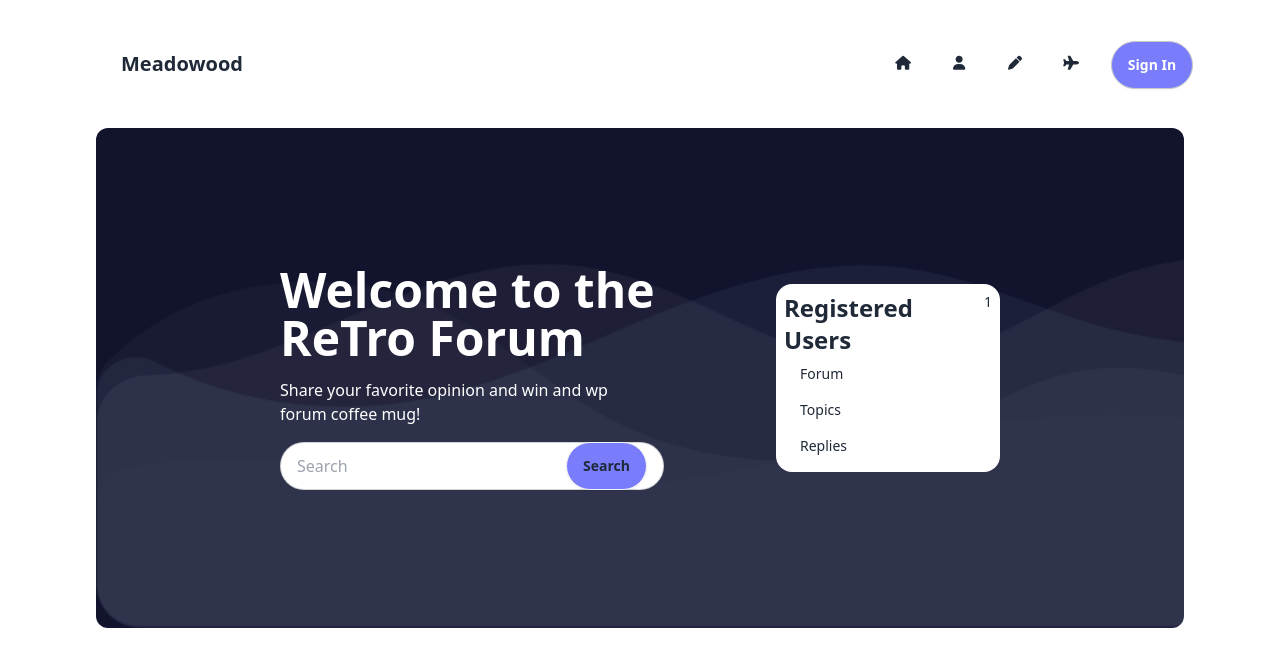
Repository: RudrasahaDibos/Meadowood-Forum
Page: index.html
An editor plug-in stored every save of this project. The page is shown before and after the next save, followed by the edit.
The browser window is 1280 px wide. The pictures show the whole page.
Some web libraries are served in a nearby version.

Above is the page before, as saved 2024-11-24 12:53:54.

### index.html
<!DOCTYPE html>
<html lang="en">
    <head>
        <meta charset="UTF-8">
        <meta name="viewport" content="width=device-width, initial-scale=1.0">
        <title>Meadowood Forum</title>

        <!-- tailwind  -->
        <link
            href="https://cdn.jsdelivr.net/npm/daisyui@4.12.14/dist/full.min.css"
            rel="stylesheet" type="text/css" />
        <script src="https://cdn.tailwindcss.com"></script>

        <!-- font awesome  -->
        <link rel="stylesheet"
            href="https://cdnjs.cloudflare.com/ajax/libs/font-awesome/6.7.1/css/all.min.css"
            integrity="sha512-5Hs3dF2AEPkpNAR7UiOHba+lRSJNeM2ECkwxUIxC1Q/FLycGTbNapWXB4tP889k5T5Ju8fs4b1P5z/iB4nMfSQ=="
            crossorigin="anonymous" referrerpolicy="no-referrer" />

    </head>
    <body class="container mx-auto lg:px-24 px-8">
        <!-- header is start here  -->
        <header class="mt-8">
            <!-- navbar is start here  -->
            <div class="navbar bg-base-100">
                <div class="flex-1">
                    <a class="btn btn-ghost text-xl">Meadowood</a>
                </div>
                <div class="flex-none">
                    <div class="dropdown dropdown-end mr-6">
                        <div  role="button"
                            class="btn btn-ghost btn-circle flex w-full  ">
                            <div class="indicator rounded-full border-1 h-8 w-8 mr-4 tooltip" data-tip="home">
                                <i class="fa-solid fa-house h-5 w-5 mx-auto mt-2"></i>
                            </div>
                            <div class="indicator rounded-full border-1 h-8 w-8 mr-4 tooltip" data-tip="User">
                                <i class="fa-solid fa-user h-5 w-5 mx-auto mt-2"></i>
                            </div>
                            <div class="indicator rounded-full border-1 h-8 w-8 mr-4 tooltip" data-tip="pen">
                                <i class="fa-solid fa-pen h-5 w-5 mx-auto mt-2"></i>
                            </div>
                            <div class="indicator rounded-full border-1 h-8 w-8 mr-4 tooltip" data-tip="flight">
                                <i class="fa-solid fa-plane h-5 w-5 mx-auto mt-2"></i>
                            </div>
                        </div>

                    </div>
                    <div class="dropdown dropdown-end">
                        <div tabindex="0" role="button"
                            class="btn btn-ghost btn-circle avatar">

                                <button class="btn btn-active bg-[#797DFC] text-white rounded-full ">Sign In</button>

                        </div>
                        <ul
                            tabindex="0"
                            class="menu menu-sm dropdown-content bg-base-100 rounded-box z-[1] mt-3 w-52 p-2 shadow">
                            <li>
                                <a class="justify-between">
                                    Profile
                                    <span class="badge">New</span>
                                </a>
                            </li>
                            <li><a>Settings</a></li>
                            <li><a>Logout</a></li>
                        </ul>
                    </div>
                </div>
            </div>
            <!-- navbar is  end here  -->

             <!-- bannner start here  -->
             <div class="lg:w-full w-[450px] relative bg-no-repeat bg-cover h-[500px] z-0 rounded-xl overflow-hidden mt-8 bg-[#12132D]" style="background-image: url('/images/bgbanner.png');">
                <div class="relative top-0 left-0 w-full h-full z-10  flex  justify-center items-center gap-28 ">

                  <div class="space-y-4">
                    <h2 class="text-5xl font-extrabold font-manrope text-white">Welcome to the <br> ReTro Forum</h2>
                    <p class="text-white">Share your favorite opinion and win and wp <br> forum coffee mug!</p>
                    <label class="input input-bordered flex items-center gap-2 w-96 rounded-full">
                        <input type="text" class="grow" placeholder="Search" />
                         <button class="btn bg-[#797DFC] rounded-full">Search</button>
                      </label>
                  </div>

                   <div>
                    <ul class="menu bg-[#FFFFFF] rounded-box w-56">

                        <div class="flex justify-between"><a class="text-2xl font-bold">Registered Users</a><a>1</a></div>
                        <li><a>Forum</a></li>
                        <li><a>Topics</a></li>
                        <li><a>Replies</a></li>
                      </ul>
                   </div>

                </div>
                </div>
             <!-- bannner end here  -->




        </header>
        <!-- header is end here  -->

        <!-- main is start here  -->
        <main>

        </main>
        <!-- main is end here  -->

        <!-- footer is start here  -->

        <!-- footer is end here  -->
    </body>
</html>

After the next save:
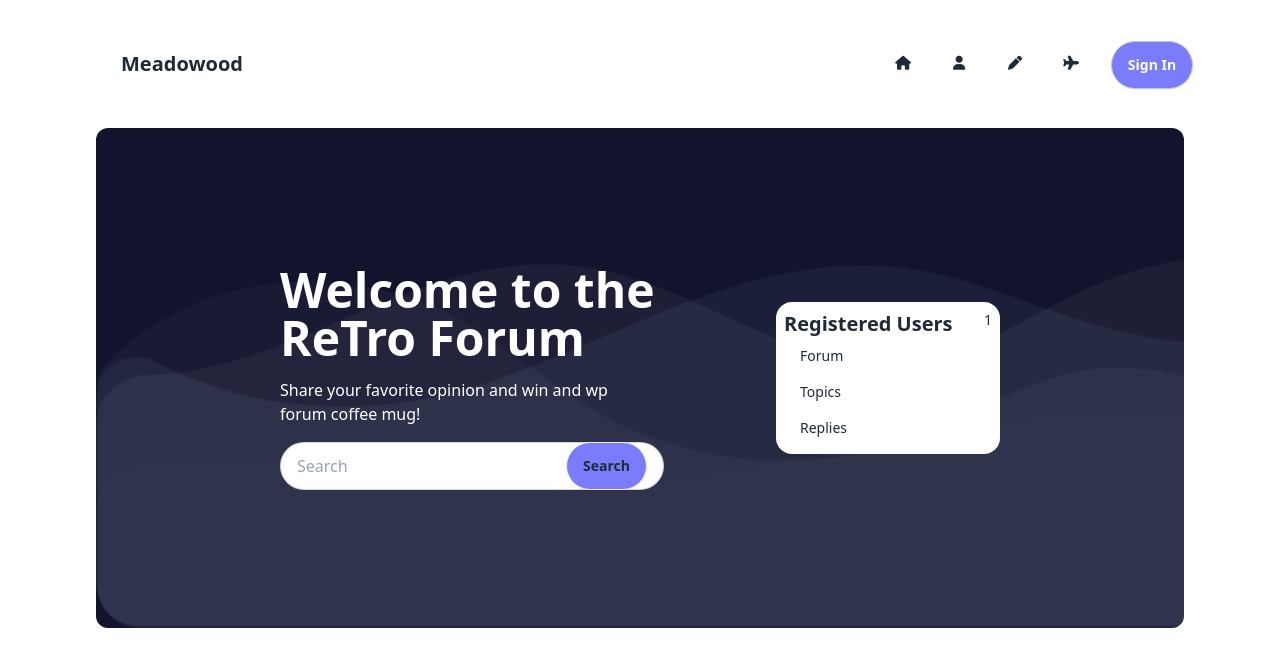
Saved 4 s later.
--- a/index.html
+++ b/index.html
@@ -85,7 +85,7 @@
                    <div>
                     <ul class="menu bg-[#FFFFFF] rounded-box w-56">
 
-                        <div class="flex justify-between"><a class="text-2xl font-bold">Registered Users</a><a>1</a></div>
+                        <div class="flex justify-between"><a class="text-xl font-bold">Registered Users</a><a>1</a></div>
                         <li><a>Forum</a></li>
                         <li><a>Topics</a></li>
                         <li><a>Replies</a></li>
